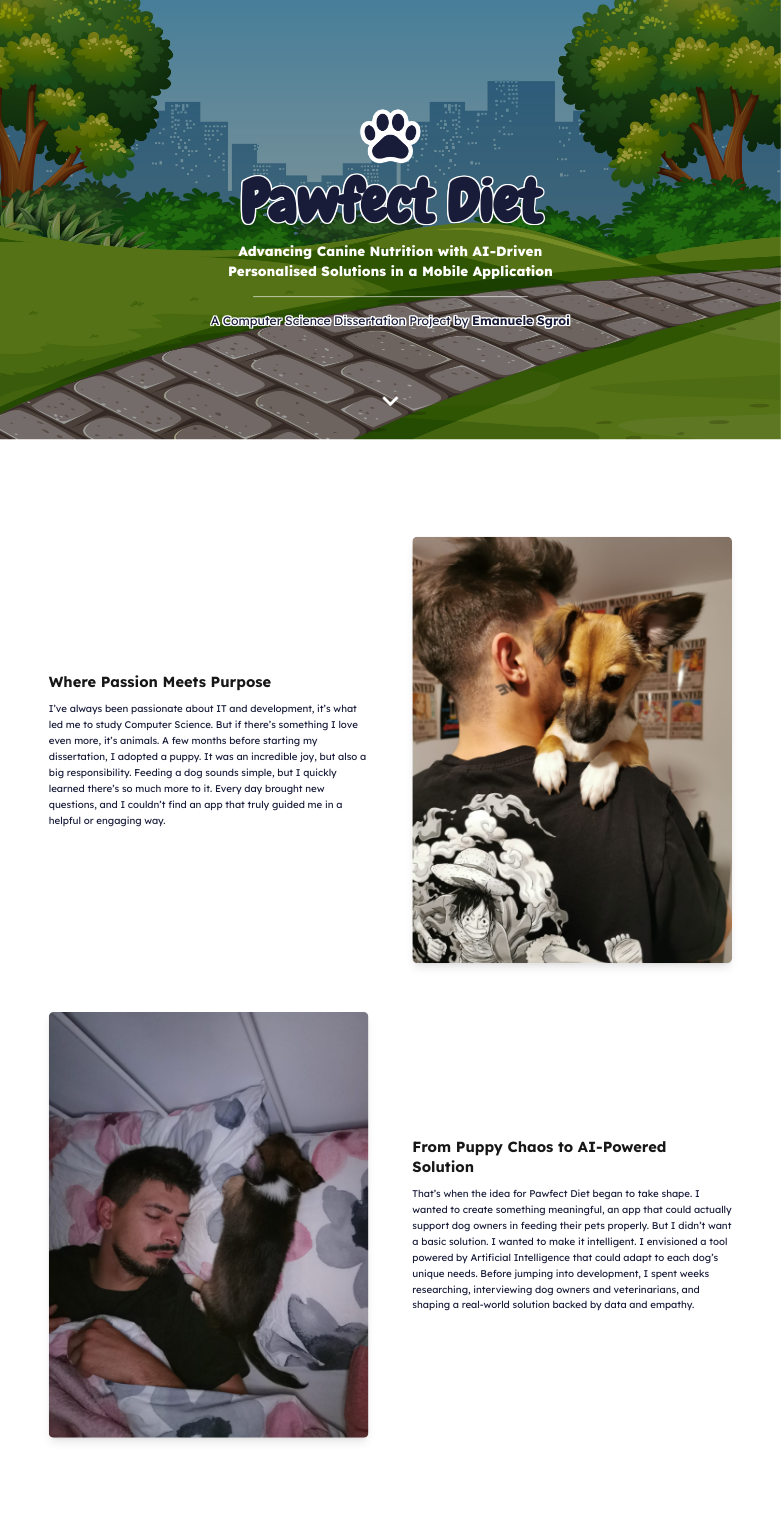
Repository: Emanuele-Sgroi/Pawfect-Diet-App-Showcase
Page: /
An editor plug-in stored every save of this project. The page is shown before and after the next save, followed by the edit.
The browser window is 1280 px wide. The pictures show the whole page, at 61% of full size.
The project was rebuilt for these pictures with package versions that can differ from the ones it lists, and the page was loaded fresh each time. The framework's server and built-in components were replaced by stand-ins that run in the browser. Also part of the build but not shown: next.config.mjs.

Above is the page before, as saved 2025-04-18 16:09:37.

After the next save:
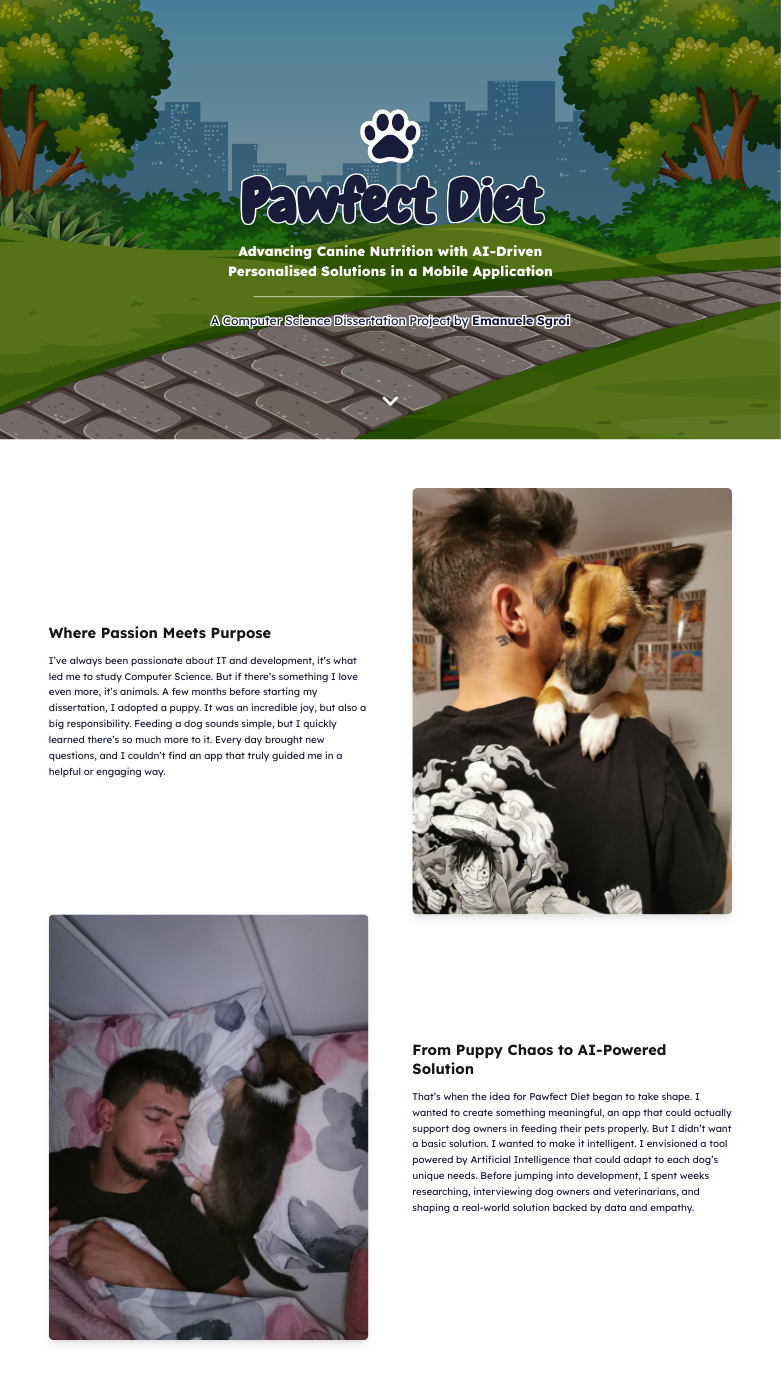
Saved 30 s later.
--- a/src/components/AboutSectionBlock.js
+++ b/src/components/AboutSectionBlock.js
@@ -9,7 +9,7 @@
 }) {
   return (
     <div
-      className={`flex flex-col md:flex-row items-center justify-between gap-10 my-20 ${
+      className={`flex flex-col md:flex-row items-center justify-between gap-10 ${
         reverse ? "md:flex-row-reverse" : ""
       }`}
     >
